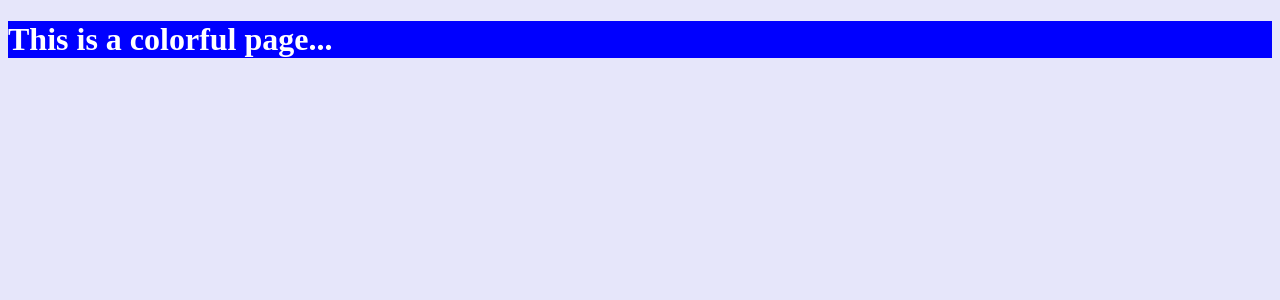
Repository: ShrikantSarode/AdvanceJava
Page: AJ backup/Web Based Java/Workspace/Web_Project/src/main/webapp/color.html
These files come from the project's save history. The page is drawn as it stood at one moment and after the next save; the edit follows.
The browser window is 1280 px wide. The pictures show the whole page.

Above is the page before, as saved 2024-11-29 07:25:34.

### AJ backup/Web Based Java/Workspace/Web_Project/src/main/webapp/color.html
<!DOCTYPE html>
<html>
<body bgcolor="lavender">
	<h1 style="color: white; background-color: blue">This is a
		colorful page...</h1>

</body>
</html>

After the next save:
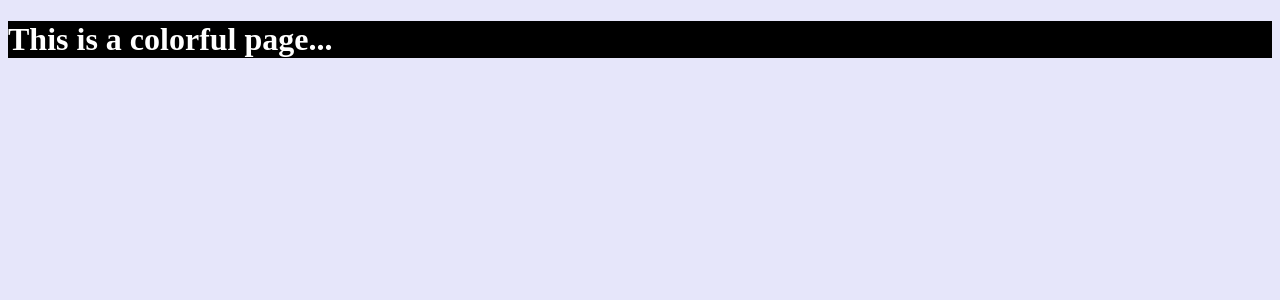
Saved 54 s later.
--- a/AJ backup/Web Based Java/Workspace/Web_Project/src/main/webapp/color.html
+++ b/AJ backup/Web Based Java/Workspace/Web_Project/src/main/webapp/color.html
@@ -1,7 +1,7 @@
 <!DOCTYPE html>
 <html>
 <body bgcolor="lavender">
-	<h1 style="color: white; background-color: blue">This is a
+	<h1 style="color: white; background-color: black">This is a
 		colorful page...</h1>
 
 </body>
